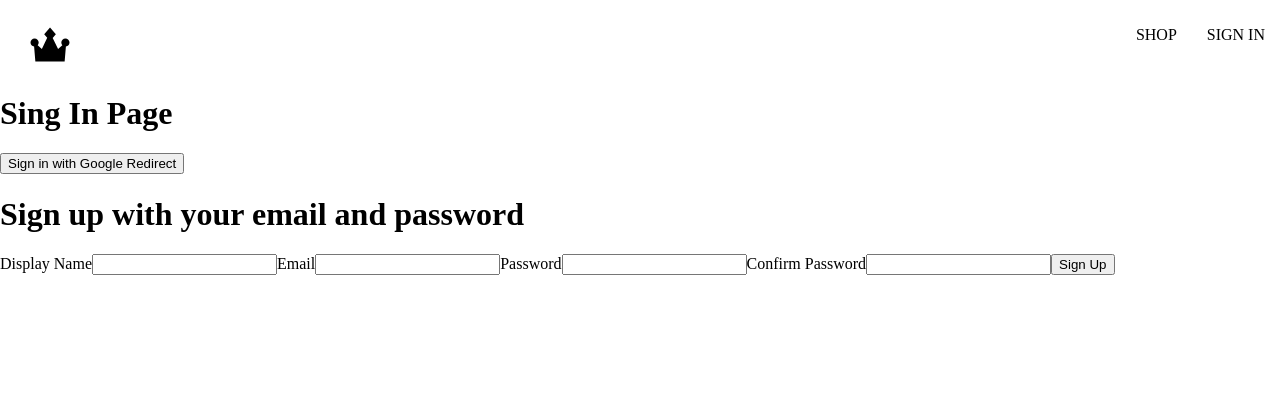
Repository: Chadi2000/crwn-clothing
Page: /signIn
The author's editor kept a copy of each file at every save. The page is drawn from the files as they stood at one save, then again after the next save.
The browser window is 1280 px wide. The pictures show the whole page.
The project was rebuilt for these pictures with package versions that can differ from the ones it lists, and the page was loaded fresh each time. Also part of the build but not shown: src/categories.styles.scss, src/components/category-item/category-item.styles.scss, src/components/category-item/category-item.component.jsx, src/components/directory/directory.styles.scss, src/components/directory/directory.component.js, src/routes/home/home.component.jsx.

Above is the page before, as saved 2024-02-11 12:28:56.

### public/index.html
<!DOCTYPE html>
<html lang="en">
  <head>
    <meta charset="utf-8" />
    <link rel="icon" href="%PUBLIC_URL%/favicon.ico" />
    <meta name="viewport" content="width=device-width, initial-scale=1" />
    <meta name="theme-color" content="#000000" />
    <meta
      name="description"
      content="Web site created using create-react-app"
    />
    <link rel="apple-touch-icon" href="%PUBLIC_URL%/logo192.png" />
    <link rel="preconnect" href="https://fonts.googleapis.com">
    <link rel="preconnect" href="https://fonts.gstatic.com" crossorigin>
    <link
    href="https://fonts.googleapis.com/css2?family=Open+Sans:ital,wght@0,300..800;1,300..800&family=Roboto:wght@300&display=swap"
    rel="stylesheet">
    <!--
      manifest.json provides metadata used when your web app is installed on a
      user's mobile device or desktop. See https://developers.google.com/web/fundamentals/web-app-manifest/
    -->
    <link rel="manifest" href="%PUBLIC_URL%/manifest.json" />
    <!--
      Notice the use of %PUBLIC_URL% in the tags above.
      It will be replaced with the URL of the `public` folder during the build.
      Only files inside the `public` folder can be referenced from the HTML.

      Unlike "/favicon.ico" or "favicon.ico", "%PUBLIC_URL%/favicon.ico" will
      work correctly both with client-side routing and a non-root public URL.
      Learn how to configure a non-root public URL by running `npm run build`.
    -->
    <title>React App</title>
  </head>
  <body>
    <noscript>You need to enable JavaScript to run this app.</noscript>
    <div id="root"></div>
    <!--
      This HTML file is a template.
      If you open it directly in the browser, you will see an empty page.

      You can add webfonts, meta tags, or analytics to this file.
      The build step will place the bundled scripts into the <body> tag.

      To begin the development, run `npm start` or `yarn start`.
      To create a production bundle, use `npm run build` or `yarn build`.
    -->
  </body>
</html>

### src/index.scss
body {
  margin: 0;
  font-family: 'Open Sans'
    sans-serif;
    font-weight: 300 800;
  font-stretch: 100%;
  font-display: swap;
  -webkit-font-smoothing: antialiased;
  -moz-osx-font-smoothing: grayscale;
}

code {
  font-family: source-code-pro, Menlo, Monaco, Consolas, 'Courier New',
    monospace;
}

a{
  text-decoration: none;
  color: black;
}

* {
  box-sizing: border-box;
}

### src/App.js
import './categories.styles.scss';
import { Outlet } from 'react-router-dom';
import Directory from './components/directory/directory.component';
import Home from './routes/home/home.component';
import { Routes, Route } from 'react-router-dom';
import Navigation from './routes/navigation/navigation.component';
import SignIn from './routes/sign-in/sign-in.component';



const Shop =() =>{
  return(
    <h1>SHop from me</h1>
  )
}

const App = () => {


 return(
  <Routes>
    <Route path='/' element={<Navigation />}>
      <Route path='/' element={<Home />} />
      <Route path='shop' element={<Shop/>} />
      <Route path='/signIn' element= {<SignIn />} />

    </Route>

  </Routes>
 );
}

export default App;

### src/routes/navigation/navigation.component.jsx
import { Outlet, Link } from "react-router-dom"
import { Fragment } from "react";
import { ReactComponent as CrwnLogo } from "../../assets/crown.svg";
import './navigation.styles.scss';
const Navigation = () =>{
    return (
      <Fragment>
        <div className="navigation">
            <Link className="logo-container" to='/'>
                <CrwnLogo />
            </Link>

          <div className="nav-links-container">
            <Link className="nav-link"  to='/shop'>
                SHOP
            </Link>
            <Link className="nav-link"  to='/signIn'>
                SIGN IN
            </Link>
          </div>
        </div>
        <Outlet />
      </Fragment>
    )
  }

  export default Navigation;

### src/routes/sign-in/sign-in.component.jsx
import { useEffect } from "react";
import { getRedirectResult } from "firebase/auth";

import {
        auth,
        signInWithGooglePopup,
        signInWithGoogleRedirect ,
        createUserDocumentFromAuth
    } from "../../utils/firebase/firebase.utils";
import SignUpForm from "../../components/sign-up-form/sign-up-form.component";

const SignIn = () => {

    useEffect(() => {
        // Define an asynchronous function inside useEffect
        const fetchData = async () => {
          try {
            // You can await here
            const response = await getRedirectResult(auth);
            if(response){
                const userDocRef = await createUserDocumentFromAuth(response.user)
            }
          } catch (error) {
            console.error('Error fetching data:', error);
          }
        };

        // Call the asynchronous function immediately
        fetchData();

        // Specify dependencies if needed (empty array if not)
      }, []); // Add dependencies if needed


    const logGoogleUser = async () =>{
        const {user} = await signInWithGooglePopup();
        const userDocRef = await createUserDocumentFromAuth(user);

    }






    return(
        <div>
            <h1>Sing In Page</h1>
            {/* <button onClick={logGoogleUser}>
                Sign in with Google Popup
            </button> */}
            <button onClick={signInWithGoogleRedirect}>
                Sign in with Google Redirect
            </button>
            <SignUpForm />
        </div>
    )
}

export default SignIn;

### src/routes/navigation/navigation.styles.scss
.navigation{
    height: 70px;
    width: 100%;
    display: flex;
    justify-content: space-between;
    margin-bottom: 25px;

    .logo-container{
        height: 100%;
        width: 70px;
        padding: 25px;
        -webkit-box-align: center;
        align-items: center;
        justify-content: center;
    }
    .nav-links-container{
        width: 50%;
        height: 100%;
        -webkit-box-align: center;
        align-items: center;
        -webkit-box-pack: end;
        display: flex;
        justify-content: flex-end;
        .nav-link{
            padding: 10px 15px;
            cursor: pointer;
        }
    }


}

### src/utils/firebase/firebase.utils.js
import {initializeApp} from 'firebase/app';
import {
     getAuth,
     signInWithRedirect,
     signInWithPopup,
     GoogleAuthProvider,
     createUserWithEmailAndPassword
    } from 'firebase/auth';

import {
    getFirestore,
    doc,
    getDoc,
    setDoc
}  from'firebase/firestore'

const firebaseConfig = {
    apiKey: "AIzaSyCFm4naOY8EzymqmFzu3h2__lM1anMpCoU",
    authDomain: "crwn-clothing-db-ab0ad.firebaseapp.com",
    projectId: "crwn-clothing-db-ab0ad",
    storageBucket: "crwn-clothing-db-ab0ad.appspot.com",
    messagingSenderId: "89349111223",
    appId: "1:89349111223:web:714444d59a5d8bfdf53c32"
  };

  // Initialize Firebase
  const firebaseApp = initializeApp(firebaseConfig);
  const googleProvider = new GoogleAuthProvider();

  googleProvider.setCustomParameters({
    prompt: "select_account"
  })

  export const auth = getAuth();
  export const signInWithGooglePopup = () =>
   signInWithPopup(auth, googleProvider);
  export const signInWithGoogleRedirect =()=>
   signInWithRedirect(auth, googleProvider)

  export const db = getFirestore();
  export const createUserDocumentFromAuth = async (
    userAuth,
    additionalInformation={}
    )=>{
    if(!userAuth) return ;
    const userDocRef = doc(db,'users',userAuth.uid )

    console.log(userDocRef);

    const userSnapshot = await getDoc(userDocRef);
    console.log(userSnapshot);
    console.log(userSnapshot.exists());

    if(!userSnapshot.exists()){
        const {displayName , email} = userAuth;
        const createdAt = new Date();

        try{
            await setDoc(userDocRef, {
                displayName,
                email,
                createdAt,
                ...additionalInformation
            })
        }catch(error){
            console.log('error creating the user', error.message)
        }
    }

    return userDocRef;
  }

  export const createAuthUserWithEmailAndPassword = async (email, password)=>{
    if(!email || !password) return;
    return await createUserWithEmailAndPassword(auth, email, password)
  };

### src/components/sign-up-form/sign-up-form.component.jsx
import { useState } from "react";
import { createAuthUserWithEmailAndPassword, createUserDocumentFromAuth } from "../../utils/firebase/firebase.utils";

const defaultFormFields ={
    displayName: '',
    email:'',
    password:'',
    confirmPassword: ''
}

const SignUpForm =() =>{

    const [formFields, setFormFields] = useState(defaultFormFields);
    const { displayName, email, password, confirmPassword} = formFields;

    console.log(formFields);

    const resetFormFields = () =>{
        setFormFields(defaultFormFields);
    }

    const handleSubmit = async(event) =>{
        event.preventDefault();

        if(password != confirmPassword){
            alert("password do not match");
            return;
        }

        try{
            const {user} = await createAuthUserWithEmailAndPassword(email, password);

            await createUserDocumentFromAuth(user,{ displayName });
            resetFormFields();


        }catch(error){
            if(error.code ==  'auth/email-already-in-use'){
                alert('Cannot create user, email already in use');
            } else{
                console.log('user created encountered an error', error);
            }

        }
    }



    const handlechange = (event) =>{

        setFormFields({...formFields, [event.target.name]:event.target.value})
    }

    return (


        <div>
            <h1>Sign up with your email and password</h1>
            <form onSubmit={handleSubmit}>
                <label>Display Name</label>
                <input type="text" required onChange={handlechange} name="displayName" value={displayName} />

                <label>Email</label>
                <input type="email" required onChange={handlechange} name="email" value={email} />

                <label>Password</label>
                <input type="password" required onChange={handlechange} name="password" value={password} />

                <label>Confirm Password</label>
                <input type="password" required onChange={handlechange} name="confirmPassword" value={confirmPassword} />

                <button type="submit">Sign Up</button>
            </form>
        </div>
    )
}

export default SignUpForm;

### src/components/form-input/form-input.component.jsx



const FormInput = ({label, ...otherProps}) =>{
    return (
        <div>
            <label>{label}</label>
            <input {...otherProps} />


        </div>

    )
}
export default FormInput;

Loaded but not shown: src/index.js (common file); src/reportWebVitals.js (common file)

After the next save:
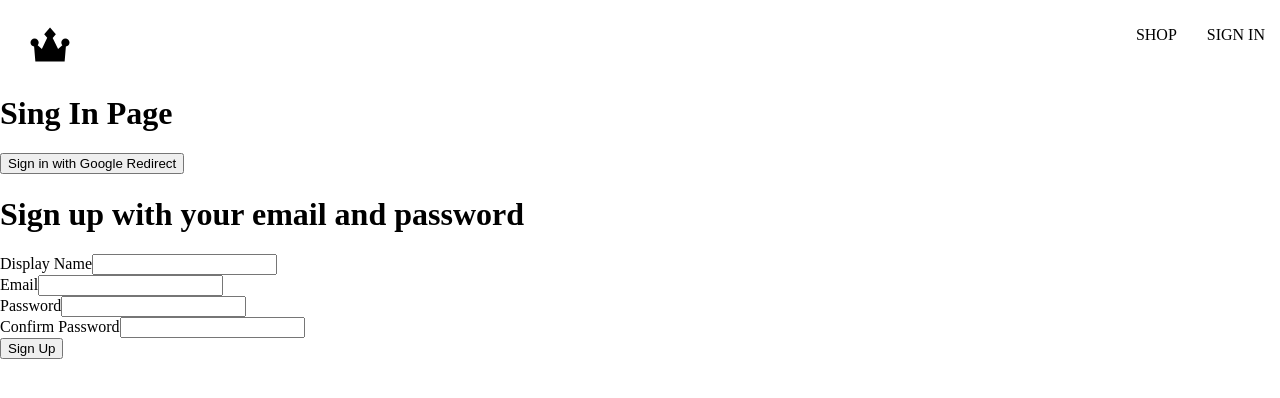
Saved 11 min 20 s later.
--- a/src/components/sign-up-form/sign-up-form.component.jsx
+++ b/src/components/sign-up-form/sign-up-form.component.jsx
@@ -1,5 +1,6 @@
 import { useState } from "react";
 import { createAuthUserWithEmailAndPassword, createUserDocumentFromAuth } from "../../utils/firebase/firebase.utils";
+import FormInput from "../form-input/form-input.component";
 
 const defaultFormFields ={
     displayName: '',
@@ -57,17 +58,19 @@ const SignUpForm =() =>{
         <div>
             <h1>Sign up with your email and password</h1>
             <form onSubmit={handleSubmit}>
-                <label>Display Name</label>
-                <input type="text" required onChange={handlechange} name="displayName" value={displayName} />
+                <FormInput
+                label="Display Name" type="text" required onChange={handlechange}
+                 name="displayName" value={displayName} />
 
-                <label>Email</label>
-                <input type="email" required onChange={handlechange} name="email" value={email} />
+                <FormInput
+                  label="Email" type="email" required onChange={handlechange}
+                  name="email" value={email} />
 
-                <label>Password</label>
-                <input type="password" required onChange={handlechange} name="password" value={password} />
+                <FormInput type="password" required onChange={handlechange}
+                label="Password" name="password" value={password} />
 
-                <label>Confirm Password</label>
-                <input type="password" required onChange={handlechange} name="confirmPassword" value={confirmPassword} />
+                <FormInput type="password" required onChange={handlechange}
+                 label="Confirm Password" name="confirmPassword" value={confirmPassword} />
 
                 <button type="submit">Sign Up</button>
             </form>
